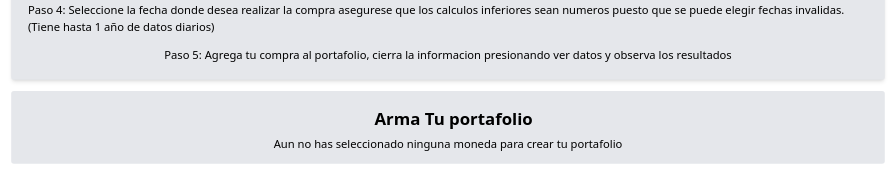
Repository: SistemaACT/Portafolio
Page: /
An editor plug-in stored every save of this project. The page is shown before and after the next save, followed by the edit.
The browser window is 1280 px wide. The pictures show the part of the page from y = 590 to 2510 px (the page is 840 px tall before and 2760 px after), at 70% of full size.
The page's requests for data from a server got no answer. The project was rebuilt for these pictures with package versions that can differ from the ones it lists, and the page was loaded fresh each time. The framework's server and built-in components were replaced by stand-ins that run in the browser. No one was signed in, and anything a server would have sent is missing. Also part of the build but not shown: svelte.config.js, vite.config.ts.

Above is the page before, as saved 2024-07-08 19:01:44.

After the next save:
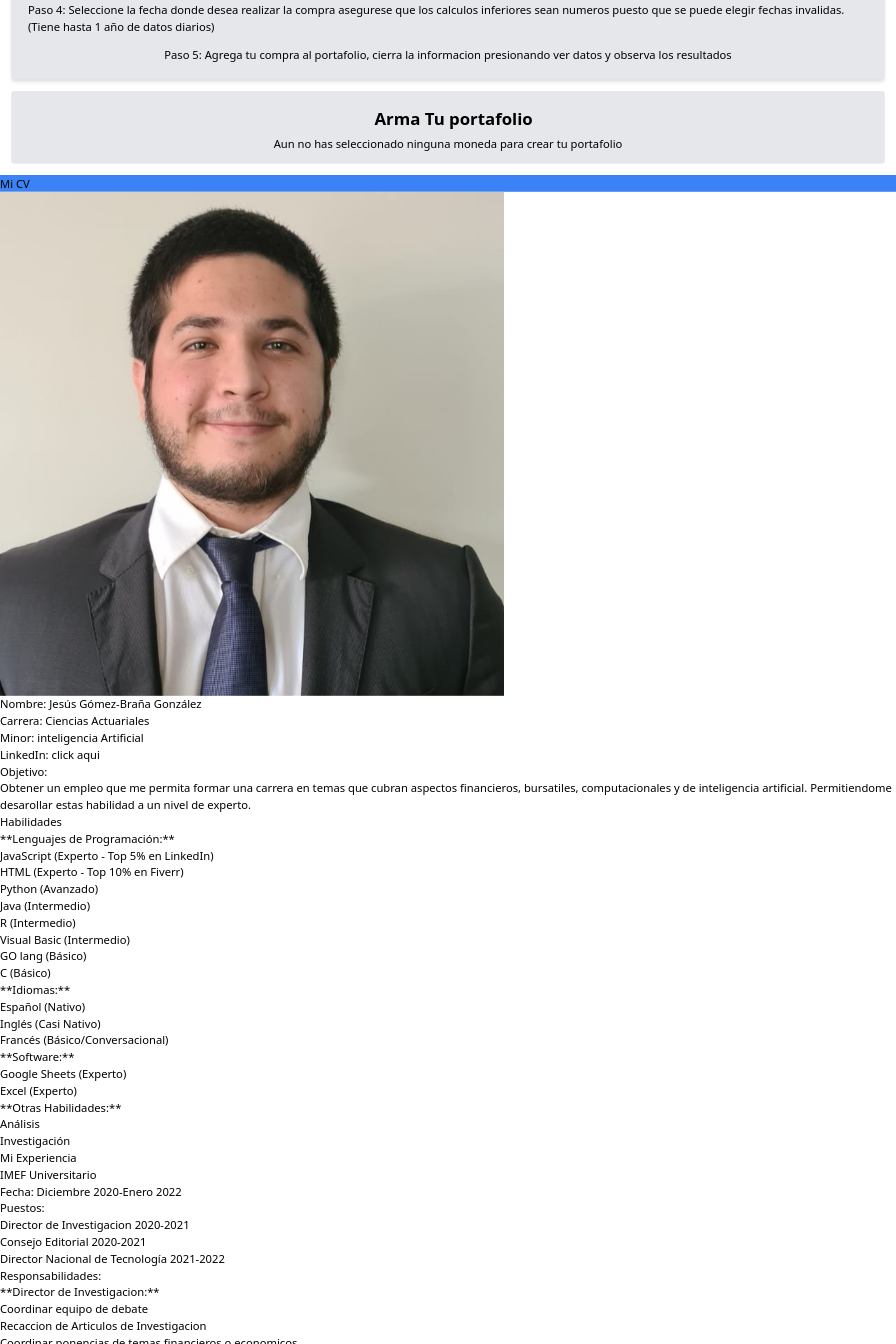
Saved 73 min 45 s later.
--- a/src/routes/+page.svelte
+++ b/src/routes/+page.svelte
@@ -642,3 +642,94 @@
 
 
   {/if}
+
+<div>
+  <div class="w-full bg-blue-500">Mi CV</div>
+  <div>
+    <img src="/fotoPerfil.jpg" alt="Foto de perfil"/>
+    <div>
+      <p>Nombre: Jesús Gómez-Braña González</p>
+      <p>Carrera: Ciencias Actuariales</p>
+      <p>Minor: inteligencia Artificial</p>
+      <span>LinkedIn: <a href="https://www.linkedin.com/in/jesus-gomez-bra%C3%B1a-gonzalez-793765198/">click aqui</a></span>
+      <p>Objetivo:</p>
+      <p>
+        Obtener un empleo que me permita formar una carrera en temas que cubran aspectos
+        financieros, bursatiles, computacionales y de inteligencia artificial. Permitiendome desarollar
+        estas habilidad a un nivel de experto.
+      </p>
+    </div>
+
+    <h2>Habilidades</h2>
+    <ul>
+      <li>
+        **Lenguajes de Programación:**
+        <ul>
+          <li>JavaScript (Experto - Top 5% en LinkedIn)</li>
+          <li>HTML (Experto - Top 10% en Fiverr)</li>
+          <li>Python (Avanzado)</li>
+          <li>Java (Intermedio)</li>
+          <li>R (Intermedio)</li>
+          <li>Visual Basic (Intermedio)</li>
+          <li>GO lang (Básico)</li>
+          <li>C (Básico)</li>
+        </ul>
+      </li>
+      <li>
+        **Idiomas:**
+        <ul>
+          <li>Español (Nativo)</li>
+          <li>Inglés (Casi Nativo)</li>
+          <li>Francés (Básico/Conversacional)</li>
+        </ul>
+      </li>
+      <li>
+        **Software:**
+        <ul>
+          <li>Google Sheets (Experto)</li>
+          <li>Excel (Experto)</li>
+        </ul>
+      </li>
+      <li>
+        **Otras Habilidades:**
+        <ul>
+          <li>Análisis</li>
+          <li>Investigación</li>
+        </ul>
+      </li>
+    </ul>
+
+  </div>
+
+  <div>
+    <h2>
+      Mi Experiencia
+    </h2>
+    <div>
+      <h2>IMEF Universitario</h2>
+      <p>Fecha: Diciembre 2020-Enero 2022</p>
+      <p>Puestos:</p>
+      <p>Director de Investigacion 2020-2021</p>
+      <p>Consejo Editorial 2020-2021</p>
+      <p>Director Nacional de Tecnología 2021-2022</p>
+      <p>Responsabilidades:</p>
+      <ul>
+        **Director de Investigacion:**
+        <li>Coordinar equipo de debate</li>
+        <li>Recaccion de Articulos de Investigacion</li>
+        <li>Coordinar ponencias de temas financieros o economicos</li>
+        <li>Reportaje de actividades mensuales</li>
+        **Consejo Editorial:**
+        <li>Revision de plagio de la mitad de los articulos sometidos para la revista IMEFU</li>
+        **Director Nacional de Tecnología:**
+        <li>Automatizacion de processos de Reportaje</li>
+        <li>Mantenimiento de bases de datos</li>
+        <li>Soporte Tecnico</li>
+        <li>Apoyo en coordinacion de eventos</li>
+        <li>Desarollo de software</li>
+        <li>Asistr a conferencias mensuales con ejecutivos en temas de riesgo</li>
+      </ul>
+
+    </div>
+  </div>
+</div>
